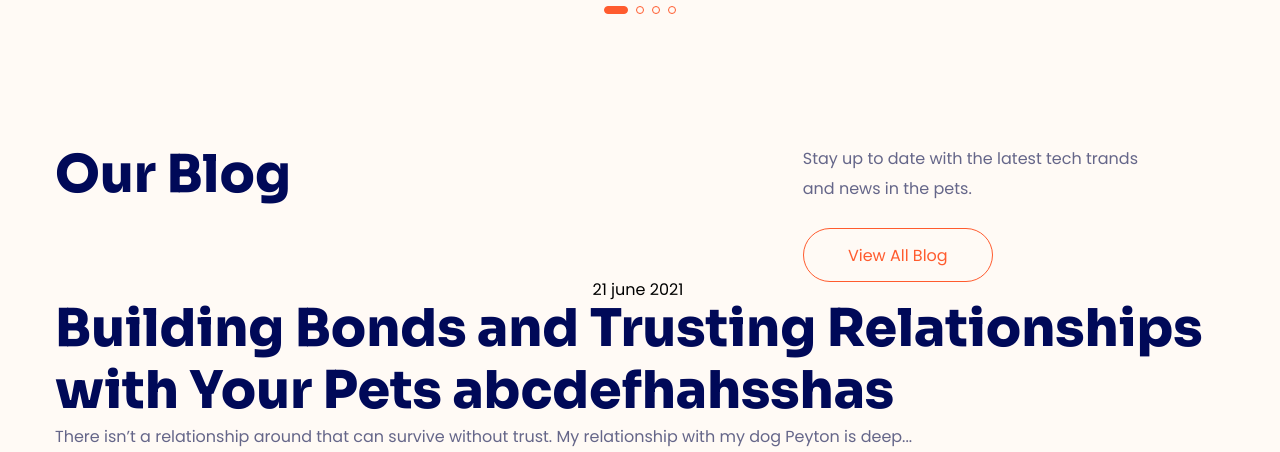
Repository: Cuongquaidan/F8projeact-04
Page: index.html
An editor plug-in stored every save of this project. The page is shown before and after the next save, followed by the edit.
The browser window is 1280 px wide. The pictures show the part of the page from y = 5548 to 6500 px (the page is 6000 px tall before and 6579 px after).
A picture or video elsewhere on the page could not be fetched, so the positions and the page height are approximate.

Above is the page before, as saved 2023-04-17 22:34:50.

After the next save:
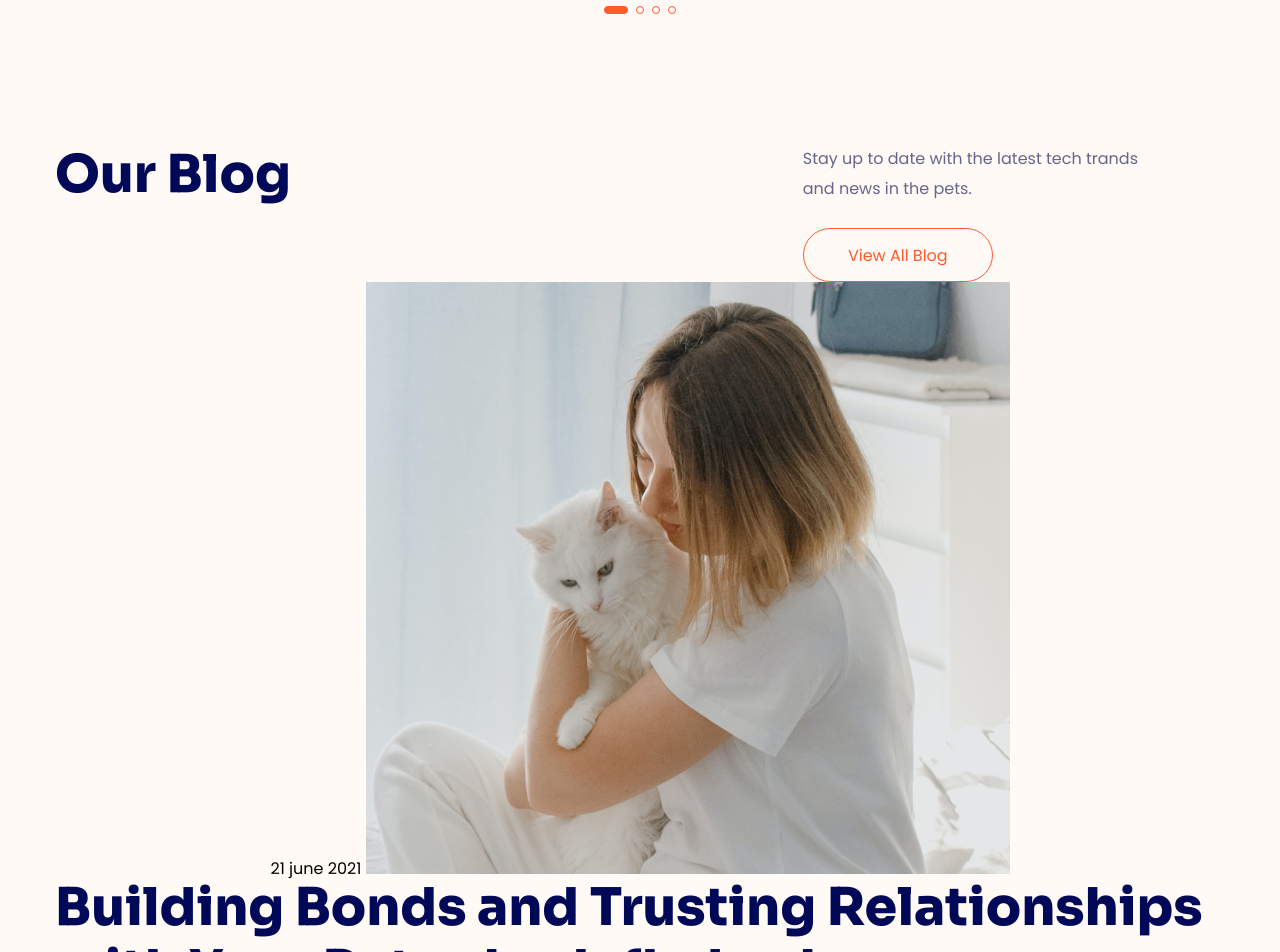
Saved 57 s later.
--- a/index.html
+++ b/index.html
@@ -421,7 +421,7 @@ So Is Your Pet.
                     <div class="blogs-item">
                         <div class="blogs-item__wrap">
                             <span class="blogs-item-day">21 june 2021</span>
-                            <img src="" alt="" class="blogs-item__img">
+                            <img src="./asset/img/blog-img-1.png" alt="" class="blogs-item__img">
                         </div>
                         <div class="blogs-item__contents">
                             <p class="blogs-item__contents__title title">Building Bonds and Trusting Relationships with Your Pets abcdefhahsshas</p>
